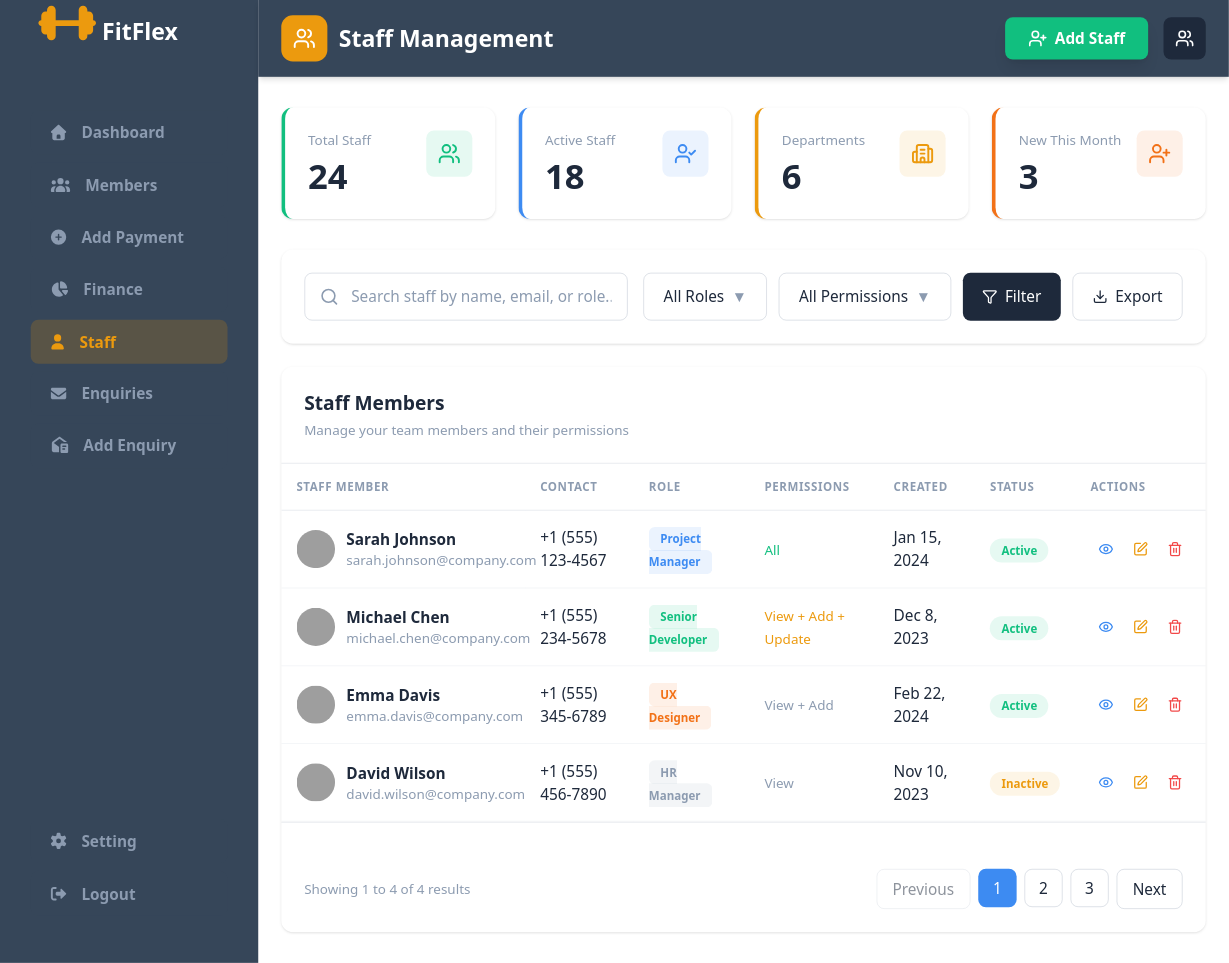
Repository: MuhammadTalhaTaj/gym_management_app_backend
Page: /staff (app in frontend/)
An editor plug-in stored every save of this project. The page is shown before and after a run of saves, followed by the edit.
The browser window is 1280 px wide. The pictures show the whole page, at 96% of full size.
Pictures or frames that could not be fetched are drawn as grey boxes. The project was rebuilt for these pictures with package versions that can differ from the ones it lists, and the page was loaded fresh each time. Also part of the build but not shown: frontend/vite.config.ts, frontend/src/assets/styles/AdminHeader.css, frontend/src/Components/AdminHeader.tsx, frontend/src/assets/styles/AdminDashboard.css, frontend/src/hooks/useDashboardData.ts, frontend/src/assets/styles/AdminDashboardStats.css, frontend/src/Components/AdminDashboardStats.tsx, frontend/src/Components/IncomeExpenseChart.tsx and 30 more.

Above is the page before, as saved 2025-11-21 09:55:23.

After the next 2 saves:
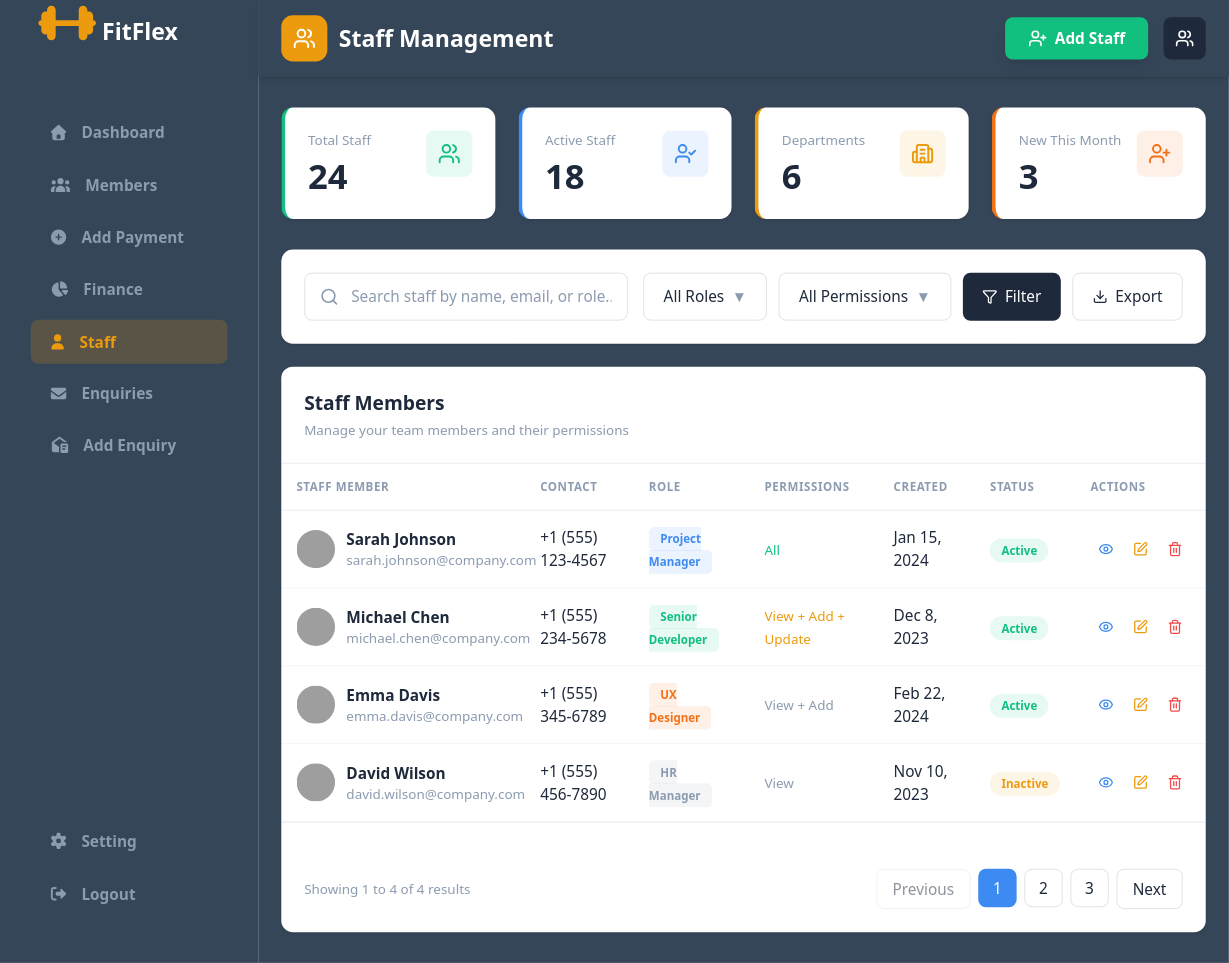
The 2 saves are shown as one change because they came seconds apart.
The last was saved 6 s later.
--- a/frontend/src/pages/Admin/Staff.tsx
+++ b/frontend/src/pages/Admin/Staff.tsx
@@ -262,7 +262,7 @@ const Staff = () => {
   const handleDelete = (id) => console.log('Delete staff:', id);
 
   return (
-    <div className="min-h-screen bg-[var()]">
+    <div className="min-h-screen bg-[var(--primary-100)]">
       {/* Header */}
       <header className="bg-[#364659] shadow-md">
         <div className="max-w-[1600px] mx-auto px-6 py-4 flex items-center justify-between">
